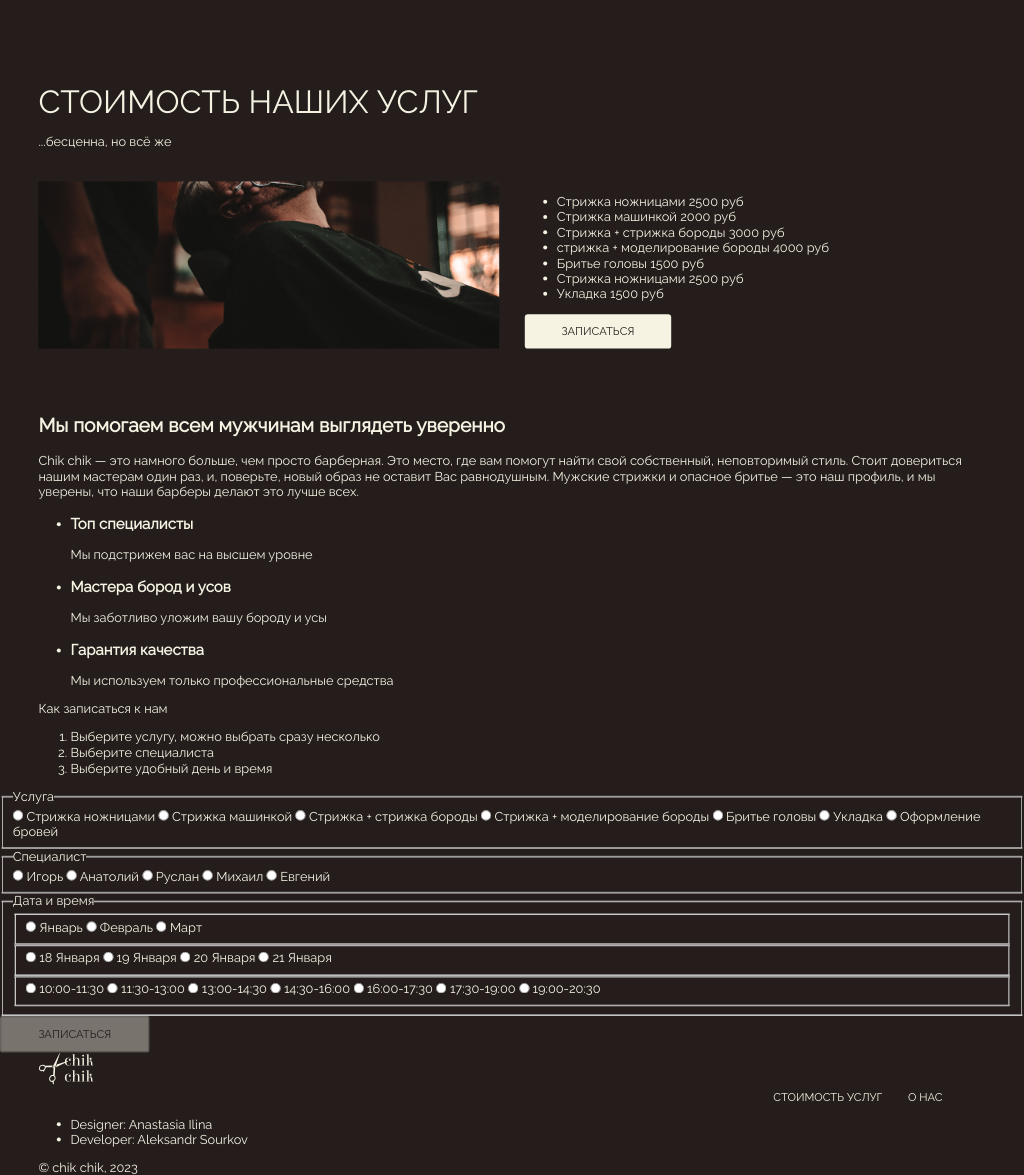
Repository: alexboagreek/chick-chick
Page: index.html
The author's editor kept a copy of each file at every save. The page is drawn from the files as they stood at one save, then again after the next save.
The browser window is 1280 px wide. The pictures show the part of the page from y = 646 to 2115 px (the page is 2115 px tall), at 80% of full size.
A picture or video elsewhere on the page could not be fetched, so the positions and the page height are approximate.

Above is the page before, as saved 2023-01-18 17:29:21.

### index.html
<!DOCTYPE html>
<html lang="ru">
<head>
    <meta charset="UTF-8">
    <meta http-equiv="X-UA-Compatible" content="IE=edge">
    <meta name="viewport" content="width=device-width, initial-scale=1.0">
    <link rel="stylesheet" href="styles/style.css">
    <link rel="icon" href="assets/icons/favicon.png" sizes="32X32" type="img/png">
    <title>Chick-Chick BarberShop</title>
</head>
<body>
    <header class="header">
        <div class="container">
            <div class="header__container">
                <img class="header__logo" src="assets/img/logo.svg" alt="логотип барбершоп Chick-Chick" width="70" height="40">

                <nav class="navigation header__navigation">
                    <ul class="navigation__list">
                        <li class="navigation__item">
                            <a href="#price" class="navigation__link">Стоимость услуг</a>
                        </li>
                        <li class="navigation__item">
                            <a href="#about" class="navigation__link">О нас</a>
                        </li>
                    </ul>
                </nav>

                <a href="#reserve" class="header__link main-link">Записаться</a>
            </div>
        </div>
    </header>

    <main>
        <section class="hero">
            <div class="container">
                <h1 class="hero__title">
                    <span class="visually-hidden">Барбершоп Chick-Chick</span>
                    <span>
                        Мы создаём искусство, которое не стыдно показать
                    </span>
                </h1>
               <div class="slider hero__slider">
                <div class="slider__container">
                    <ul class="slider__list">
                        <li class="slider__item">
                            <img src="assets/img/slide_01.jpg" alt="модельная стрижка" class="slider__img">
                        </li>
                        <li class="slider__item slider__item_active">
                            <img src="assets/img/slide_3.svg" alt="модельная стрижка" class="slider__img">
                        </li>
                        <li class="slider__item">
                            <img src="assets/img/slide_4.svg" alt="модельная стрижка" class="slider__img">
                        </li>
                        <li class="slider__item">
                            <img src="assets/img/slide_4.svg" alt="модельная стрижка" class="slider__img">
                        </li>
                        <li class="slider__item">
                            <img src="assets/img/slide_4.svg" alt="модельная стрижка" class="slider__img">
                        </li>
                        <li class="slider__item">
                            <img src="assets/img/slide_4.svg" alt="модельная стрижка" class="slider__img">
                        </li>
                        <li class="slider__item">
                            <img src="assets/img/slide_4.svg" alt="модельная стрижка" class="slider__img">
                        </li>
                        <li class="slider__item">
                            <img src="assets/img/slide_4.svg" alt="модельная стрижка" class="slider__img">
                        </li>
                    </ul>

                    <button class="slider__arrow slider__arrow_left" aria-label="предыдущий слайд"></button>
                    <button class="slider__arrow slider__arrow-right" aria-label="следующий слайд"></button>
                </div>
               </div>
            </div>
        </section>
        <section class="price" id="price">
            <div class="container">
                <h2 class="price__title">Стоимость наших услуг</h2>
                <p class="price__tagline">...бесценна, но всё же</p>

                <div class="price__wrapper-content">
                    <div class="price__content">
                        <ul class="price__list">
                            <li class="price__item">
                                <span class="price__item-title">Стрижка ножницами</span>
                                <span class="price__item-count">2500 руб</span>
                            </li>
                            <li class="price__item">
                                <span class="price__item-title">Стрижка машинкой</span>
                                <span class="price__item-count">2000 руб</span>
                            </li>
                            <li class="price__item">
                                <span class="price__item-title">Стрижка + стрижка бороды</span>
                                <span class="price__item-count">3000 руб</span>
                            </li>
                            <li class="price__item">
                                <span class="price__item-title">стрижка + моделирование бороды</span>
                                <span class="price__item-count">4000 руб</span>
                            </li>
                            <li class="price__item">
                                <span class="price__item-title">Бритье головы</span>
                                <span class="price__item-count">1500 руб</span>
                            </li>
                            <li class="price__item">
                                <span class="price__item-title">Стрижка ножницами</span>
                                <span class="price__item-count">2500 руб</span>
                            </li>
                            <li class="price__item">
                                <span class="price__item-title">Укладка</span>
                                <span class="price__item-count">1500 руб</span>
                            </li>
                        </ul>

                        <a href="#reserve" class="price__link main-link">Записаться</a>
                    </div>
                </div>
            </div>
        </section>
        <section class="about" id="about">
            <div class="container">
                <h2 class="about__title">Мы помогаем всем мужчинам выглядеть уверенно</h2>
                <p class="about__description">
                    Сhik chik — это намного больше, чем просто барберная. Это место, где вам помогут найти свой собственный, неповторимый стиль. Стоит довериться нашим мастерам один раз, и, поверьте, новый образ не оставит Вас равнодушным. Мужские стрижки и опасное бритье — это наш профиль, и мы уверены, что наши барберы делают это лучше всех.
                </p>

                <ul class="about__list">
                    <li class="about__item">
                        <h3 class="about__item-title">Топ специалисты</h3>
                        <p class="about__item-description">Мы подстрижем вас на высшем уровне</p>
                    </li>
                    <li class="about__item">
                        <h3 class="about__item-title">Мастера бород и усов</h3>
                        <p class="about__item-description">Мы заботливо уложим вашу бороду и усы</p>
                    </li>
                    <li class="about__item">
                        <h3 class="about__item-title">Гарантия качества</h3>
                        <p class="about__item-description">Мы используем только профессиональные средства</p>
                    </li>
                </ul>
            </div>
        </section>
        <section class="reserve" id="reserve">
            <div class="container">
                <div class="reserve__title">Как записаться к нам</div>

                <ol class="reserve__list">
                    <li class="reserve__item">Выберите услугу, можно выбрать сразу несколько</li>
                    <li class="reserve__item">Выберите специалиста</li>
                    <li class="reserve__item">Выберите удобный день и время</li>
                </ol>
            </div>

            <form class="reserve__form">
                <div class="reserve__form-container">
                    <fieldset class="reserve__fieldset">
                        <legend class="reserve__legend">Услуга</legend>

                        <label class="radio">
                            <input class="radio__input" type="radio" name="service">
                            <span class="radio__label">Стрижка ножницами</span>
                        </label>

                        <label class="radio">
                            <input class="radio__input" type="radio" name="service">
                            <span class="radio__label">Стрижка машинкой</span>
                        </label>

                        <label class="radio">
                            <input class="radio__input" type="radio" name="service">
                            <span class="radio__label">Стрижка + стрижка бороды</span>
                        </label>

                        <label class="radio">
                            <input class="radio__input" type="radio" name="service">
                            <span class="radio__label">Стрижка + моделирование бороды</span>
                        </label>

                        <label class="radio">
                            <input class="radio__input" type="radio" name="service">
                            <span class="radio__label">Бритье головы</span>
                        </label>
                        <label class="radio">
                            <input class="radio__input" type="radio" name="service">
                            <span class="radio__label">Укладка</span>
                        </label>

                        <label class="radio">
                            <input class="radio__input" type="radio" name="service">
                            <span class="radio__label">Оформление бровей</span>
                        </label>
                    </fieldset>

                    <fieldset class="reserve__fieldset">
                        <legend class="reserve__legend">Специалист</legend>

                        <label class="radio">
                            <input class="radio__input" type="radio" name="spec" >
                            <span class="radio__label radio__label_spec">Игорь</span>
                        </label>

                        <label class="radio">
                            <input class="radio__input" type="radio" name="spec" >
                            <span class="radio__label radio__label_spec">Анатолий</span>
                        </label>

                        <label class="radio">
                            <input class="radio__input" type="radio" name="spec" >
                            <span class="radio__label radio__label_spec">Руслан</span>
                        </label>

                        <label class="radio">
                            <input class="radio__input" type="radio" name="spec" >
                            <span class="radio__label radio__label_spec">Михаил</span>
                        </label>

                        <label class="radio">
                            <input class="radio__input" type="radio" name="spec" >
                            <span class="radio__label radio__label_spec">Евгений</span>
                        </label>

                    </fieldset>

                    <fieldset class="reserve__fieldset">
                        <legend class="reserve__legend">Дата и время</legend>

                        <fieldset class="reserve__fieldset reserve__fieldset_sub">
                            <label class="radio">
                                <input class="radio__input" type="radio" name="month" >
                                <span class="radio__label radio__label_spec">Январь</span>
                            </label>
                            <label class="radio">
                                <input class="radio__input" type="radio" name="month" >
                                <span class="radio__label radio__label_spec">Февраль</span>
                            </label>
                            <label class="radio">
                                <input class="radio__input" type="radio" name="month" >
                                <span class="radio__label radio__label_spec">Март</span>
                            </label>
                        </fieldset>

                        <fieldset class="reserve__fieldset reserve__fieldset_sub">
                            <label class="radio">
                                <input class="radio__input" type="radio" name="day" >
                                <span class="radio__label radio__label_spec">18 Января</span>
                            </label>
                            <label class="radio">
                                <input class="radio__input" type="radio" name="day" >
                                <span class="radio__label radio__label_spec">19 Января</span>
                            </label>
                            <label class="radio">
                                <input class="radio__input" type="radio" name="day" >
                                <span class="radio__label radio__label_spec">20 Января</span>
                            </label>
                            <label class="radio">
                                <input class="radio__input" type="radio" name="day" >
                                <span class="radio__label radio__label_spec">21 Января</span>
                            </label>
                        </fieldset>

                        <fieldset class="reserve__fieldset reserve__fieldset_sub">
                            <label class="radio">
                                <input class="radio__input" type="radio" name="time" >
                                <span class="radio__label radio__label_spec">10:00-11:30</span>
                            </label>
                            <label class="radio">
                                <input class="radio__input" type="radio" name="time" >
                                <span class="radio__label radio__label_spec">11:30-13:00</span>
                            </label>
                            <label class="radio">
                                <input class="radio__input" type="radio" name="time" >
                                <span class="radio__label radio__label_spec">13:00-14:30</span>
                            </label>
                            <label class="radio">
                                <input class="radio__input" type="radio" name="time" >
                                <span class="radio__label radio__label_spec">14:30-16:00</span>
                            </label>
                            <label class="radio">
                                <input class="radio__input" type="radio" name="time" >
                                <span class="radio__label radio__label_spec">16:00-17:30</span>
                            </label>
                            <label class="radio">
                                <input class="radio__input" type="radio" name="time" >
                                <span class="radio__label radio__label_spec">17:30-19:00</span>
                            </label>
                            <label class="radio">
                                <input class="radio__input" type="radio" name="time" >
                                <span class="radio__label radio__label_spec">19:00-20:30</span>
                            </label>
                        </fieldset>
                    </fieldset>
                </div>

                <button class="reserve__btn main-link" disabled>Записаться</button>
            </form>
        </section>
    </main>

    <footer class="footer">
        <div class="container">
            <img src="assets/img/logo.svg" alt="Логотип барбершоп Chick-Chick">

            <nav class="navigation header__navigation">
                <ul class="navigation__list">
                    <li class="navigation__item">
                        <a href="#price" class="navigation__link">Стоимость услуг</a>
                    </li>
                    <li class="navigation__item">
                        <a href="#about" class="navigation__link">О нас</a>
                    </li>
                </ul>
            </nav>
            <ul>
                <li>Designer: Anastasia Ilina</li>
                <li>Developer: Aleksandr Sourkov</li>
            </ul>

            <div class="footer__copyright">
                © chik chik, 2023
            </div>
        </div>
    </footer>
</body>
</html>

### styles/style.css
@import 'normalize.css';
@import 'header.css';
@import 'navigation.css';
@import 'main-link.css';
@import 'hero.css';
@import 'slider.css';
@import 'price.css';

@font-face {
    font-family: 'Raleway';
    font-style: normal;
    font-weight: 400;
    src: url('../assets/fonts/raleway-v28-latin_cyrillic-regular.woff2') format('woff2'),
        url('../assets/fonts/raleway-v28-latin_cyrillic-regular.woff') format('woff');
}

html {
    box-sizing: border-box;
}

*, *::after, *::before {
    box-sizing: inherit;
}

body {
    min-width: 320px;
    font-family: 'Raleway', sans-serif;
    font-size: 16px;
    font-weight: 400;
    background-color: #241D1C;
    line-height: 1.2;
    color: #F6F3E3;
}

img {
    max-width: 100%;
    height: auto;
}

.visually-hidden {
    position: fixed;
    transform: scale(0);
}

.container {
    max-width: 1312px;
    padding: 0 48px;
    margin: 0 auto;
}

### styles/header.css
.header__container {
    display: flex;
    align-items: center;
    justify-content: space-between;
    padding-top: 16px;
    padding-bottom: 17px;
    border-bottom: 1px solid #BFBDB2;
}

.header__navigation {
    flex-grow: 1;
    display: flex;
    justify-content: flex-end;
    margin-right: 54px;
}

@media (max-width: 768px) {
    .header__navigation {
        display: none;
    }
}

### styles/navigation.css
.navigation__list {
    margin: 0;
    padding: 0;
    list-style: none;
    display: flex;
    align-items: center;
    gap: 32px;
}

.navigation__link {
    color: inherit;
    text-decoration: none;
    font-size: 14px;
    line-height: 1;
    text-transform: uppercase;
}

### styles/main-link.css
.main-link {
    display: inline-block;
    border-radius: 4px;
    padding: 13px 46px;
    font-size: 14px;
    text-decoration: none;
    text-transform: uppercase;
    color: #241D1C;
    background-color: #F6F3E3;
    cursor: pointer;
}

.main-link:hover:not(:disabled) {
    background-color: #EFE7BE;
}

.main-link:focus-visible {
    outline: 1px solid #FFFFFF;
}

.main-link:disabled {
    opacity: 0.4;
}

@media (max-width: 560px) {
    .container {
        padding: 0 24px;
    }

    .main-link {
        padding: 10px 24px;
        font-size: 12px;
    }
}

### styles/hero.css
.hero {
    padding: 62px 0;
}

.hero__title {
    max-width: 904px;
    font-size: 54px;
    text-transform: uppercase;
    font-weight: 400;
    margin: 0 0 36px;
}

@media (max-width: 768px) {
    .hero {
        padding: 40px 0;
    }

    .hero__title {
        font-size: 40px;
        margin-bottom: 24px;
    }
}

@media (max-width: 560px) {
    .hero {
        padding: 32px 0;
    }

    .hero__title {
        font-size: 24px;
        margin-bottom: 16px;
        max-width: 420px;
    }
}

### styles/slider.css
.slider {
    overflow: hidden;
    position: relative;
}

.slider__container {
    /*display: none;*/
}

.slider__list {
    display: flex;
    list-style: none;
    padding: 0;
    margin: 0 -16px;
}

.slider__item {
    padding: 0 16px;
    flex-grow: 0;
    flex-shrink: 0;
    max-width: 25%;
}

.slider__item_active {
    max-width: 50%;
}

.slider__arrow {
    position: absolute;
    bottom: 30%;
    height: 8px;
    background-color: transparent;
    width: 64px;
    background-repeat: no-repeat;
    border: none;
    cursor: pointer;
}

.slider__arrow:hover {
    opacity: 0.8;
}

.slider__arrow:active {
    opacity: 0.5;
}

.slider__arrow_left {
    left: 8%;
    background-position: left;
    background-image: url("data:[embedded picture, 508 characters]");
}

.slider__arrow-right {
    right: 8%;
    background-position: right;
    background-image: url("data:[embedded picture, 508 characters]");
}

@media (max-width: 1024px) {
    .slider__item {
        max-width: 30%;
    }

    .slider__item_active {
        max-width: 40%;
    }

    .slider__arrow {
        bottom: 12%;
    }
}

@media (max-width: 768px) {
    .slider__item {
        max-width: 25%;
    }

    .slider__item_active {
        max-width: 50%;
    }

    .slider__arrow {
        width: 40px;
        bottom: 31%;
    }
}

@media (max-width: 560px) {
    .slider {
        padding-bottom: 20px;
    }

    .slider__item {
        max-width: 100%;
    }

    .slider__arrow {
        bottom: 0;
    }

    .slider__arrow_left {
        left: 0;
    }

    .slider__arrow-right {
        right: 0;
    }

}

### styles/price.css
.price {
    padding: 62px 0;
}

.price__title {
    font-weight: 400;
    font-size: 40px;
    text-transform: uppercase;
    margin: 0 0 16px;
}

.price__tagline {
    margin: 0 0 40px;
}

.price__wrapper-content {
    display: flex;
    gap: 32px;
}

.price__wrapper-content:before {
    content: '';
    flex-basis: 50%;
    background-image: url('../assets/img/barber.jpg');
    background-position: center;
    background-size: cover;
}

.price__content {
    flex-basis: 50%;
}

@media (max-width: 768px) {
    .price {
        padding: 62px 0;
    }
}

@media (max-width: 560px) {
    .price {
        padding: 62px 0;
    }
}

Loaded but not shown: styles/normalize.css (library)

After the next save:
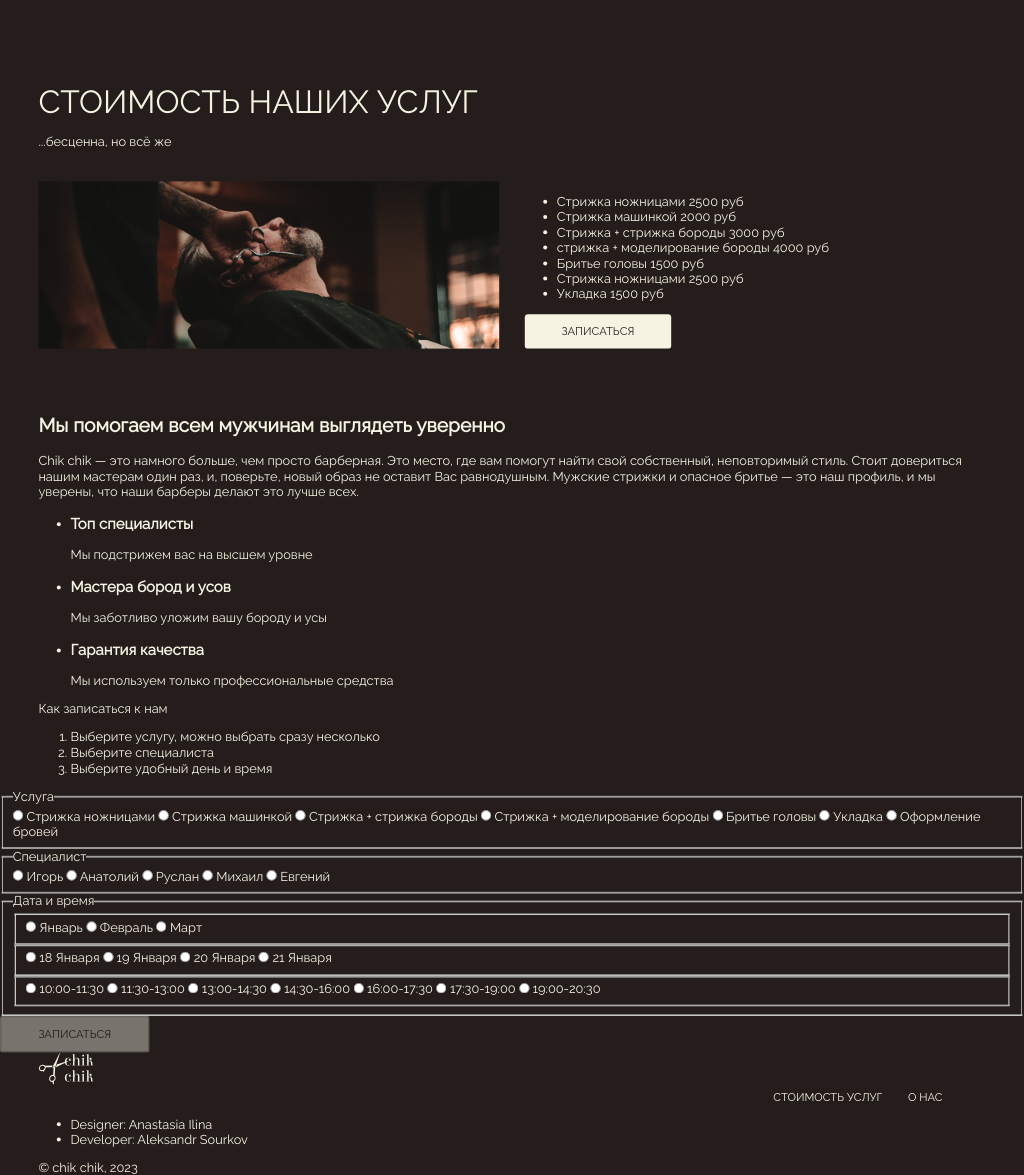
Saved 36 s later.
--- a/styles/price.css
+++ b/styles/price.css
@@ -22,7 +22,7 @@
     content: '';
     flex-basis: 50%;
     background-image: url('../assets/img/barber.jpg');
-    background-position: center;
+    background-position: top;
     background-size: cover;
 }
 
